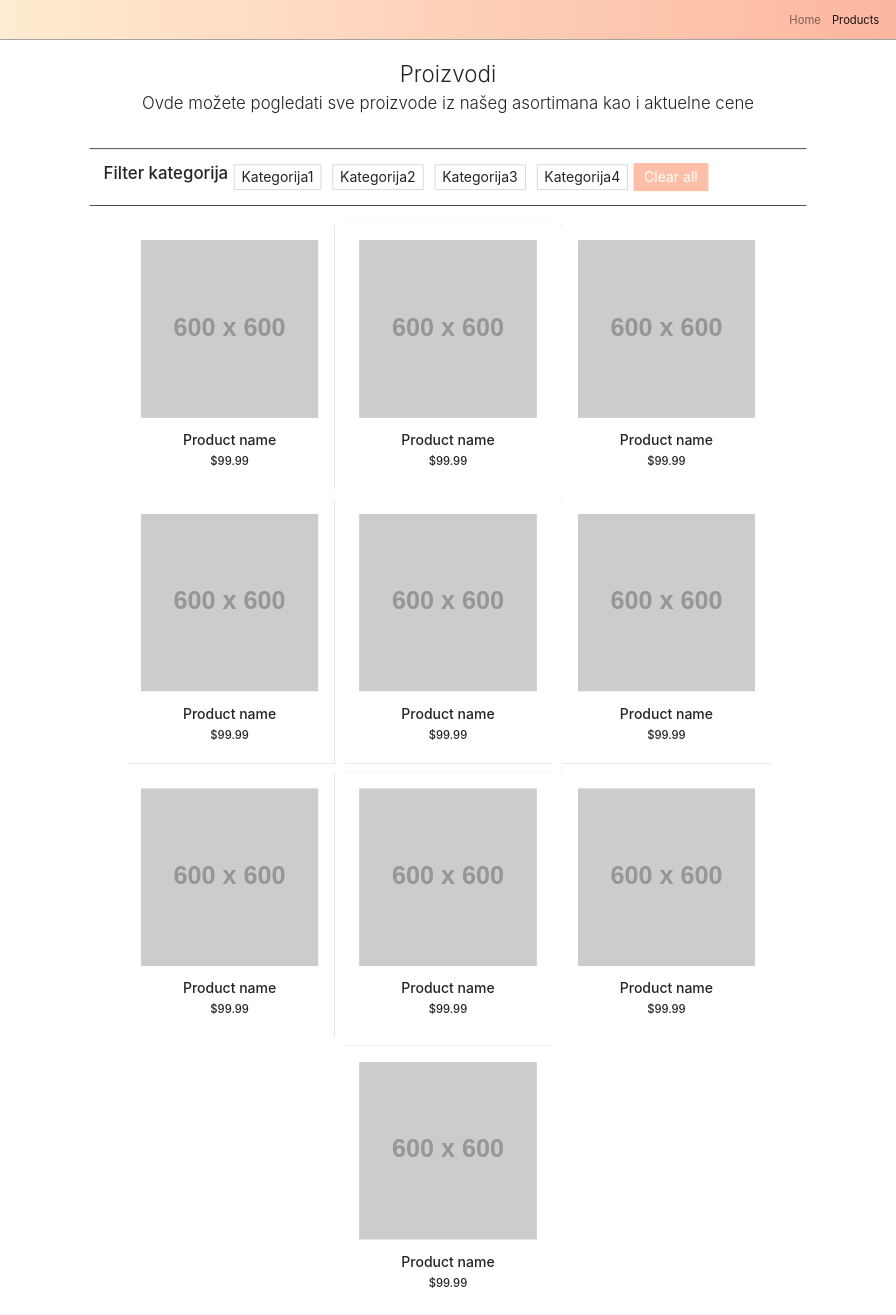
Repository: StevanFilipovic/TemplateForSinglepageWebsite
Page: products.html
The author's editor kept a copy of each file at every save. The page is drawn from the files as they stood at one save, then again after the next save.
The browser window is 1280 px wide. The pictures show the whole page, at 70% of full size.
Some web libraries are served in a nearby version.

Above is the page before, as saved 2018-06-15 12:30:59.

### products.html
<!doctype html>
<html>
<head>
	<meta charset="utf-8">
	<title>One Page Scroll</title>
	<meta name="title" content="Website by Stevan" />
	<meta name="description" content="Proizvodi"/>
    <link rel="shortcut icon" id="favicon" href="">
    <meta name="viewport" content="initial-scale=1, width=device-width, maximum-scale=1, minimum-scale=1, user-scalable=no">
	<link href='http://fonts.googleapis.com/css?family=Open+Sans:300,400,700' rel='stylesheet' type='text/css'>
	<link href='http://fonts.googleapis.com/css?family=Pacifico:400' rel='stylesheet' type='text/css'>
	<script type="text/javascript" src="http://code.jquery.com/jquery-1.9.1.js"></script>
  <link href='products-page-style.css' rel='stylesheet' type='text/css'>
  <!-- Da bi koristili less potrebno je odkomentarisati donje dve linije i uraditi konverziju css-a i ubaciti u dole navedene fajlove -->
  <!-- <link rel="stylesheet/less" type="text/css" href="onepage-scrool.less" /> -->
  <!-- <link rel="stylesheet/less" type="text/css" href="styles.less" /> -->
  <!-- <script src="less.js" type="text/javascript"></script> -->
  <link rel="stylesheet" href="https://stackpath.bootstrapcdn.com/bootstrap/4.1.1/css/bootstrap.min.css" integrity="sha384-WskhaSGFgHYWDcbwN70/dfYBj47jz9qbsMId/iRN3ewGhXQFZCSftd1LZCfmhktB" crossorigin="anonymous">

<script>
    $(document).ready(function() {
  var $products = $('.grid-products'),
      $filters = $("#filters input[type='checkbox']"),
      product_filter = new ProductFilterLevel1($products, $filters);
  product_filter.init();
});

function ProductFilterLevel1(products, filters) {
  var _this = this;

  this.init = function() {
    this.products = products;
    this.filters = filters;
    this.bindEvents();
  };

  this.bindEvents = function() {
    this.filters.click(this.filterGridProducts);
    $('#none').click(this.removeAllFilters);
  };

  this.filterGridProducts = function() {
    _this.products.hide();
    var selectedFilters = _this.filters.filter(':checked');
    if (selectedFilters.length) {
      var selectedFiltersValues = [];
      selectedFilters.each(function() {
        var currentFilter = $(this);
        selectedFiltersValues.push("[data-" + currentFilter.attr('name') + "='" + currentFilter.val() + "']");
      });
      _this.products.filter(selectedFiltersValues.join(',')).show();
    } else {
      _this.products.show();
    }
  };

  this.removeAllFilters = function() {
    _this.filters.prop('checked', false);
    _this.products.show();
  }
}
</script>

</head>
<body>
        <div class="header">
                <nav class="navbar navbar-expand-lg navbar-light">
                  <!-- <a class="navbar-brand" href="#">Navbar</a> -->
                  <button class="navbar-toggler" type="button" data-toggle="collapse" data-target="#navbarNavDropdown" aria-controls="navbarNavDropdown" aria-expanded="false" aria-label="Toggle navigation">
                    <span class="navbar-toggler-icon"></span>
                  </button>
                  <div class="collapse navbar-collapse justify-content-end" id="navbarNavDropdown">
                    <ul class="navbar-nav">
                      <li class="nav-item ">
                        <a class="nav-link" href="index.html">Home </a>
                      </li>
                      <li class="nav-item active">
                        <a class="nav-link" href="products.html">Products<span class="sr-only">(current)</span></a>
                      </li>
                      </li>
                    </ul>
                  </div>
                </nav>
                </div>
<div class="intro-text">
    <h2>Proizvodi</h2>
    <h4>Ovde možete pogledati sve proizvode iz našeg asortimana kao i aktuelne cene</h4>
</div>
<div id="filters" class="products">
    <div class="filter-wrapper">
      <h4>Filter kategorija</h4>

      <input type="checkbox" name="colour" id="category1" value="category1" ></input>
      <label for="category1">Kategorija1</label>

      <input type="checkbox" name="colour" id="category2" value="category2"></input>
      <label for="category2">Kategorija2</label>

      <input type="checkbox" name="colour" id="category3" value="category3"></input>
      <label for="category3">Kategorija3</label>

      <input type="checkbox" name="colour" id="category4" value="category4"></input>
      <label for="category4">Kategorija4</label>

    </div>
    <div>
      <input class="button-clear dugme" type="button" id="none" value="Clear all"></input>
    </div>
  </div>

          <section class="products">
                <div class="product-card grid-products" data-colour="category1">
                    <div class="product-image">
                        <img src="http://via.placeholder.com/600x600">
                    </div>
                    <div class="product-info">
                        <h5>Product name</h5>
                        <h6>$99.99</h6>
                    </div>
                </div>

                <div class="product-card grid-products" data-colour="category1">
                    <div class="product-image">
                        <img src="http://via.placeholder.com/600x600">
                    </div>
                    <div class="product-info">
                        <h5>Product name</h5>
                        <h6>$99.99</h6>
                    </div>
                </div>

                <div class="product-card grid-products" data-colour="category2">
                    <div class="product-image">
                        <img src="http://via.placeholder.com/600x600">
                    </div>
                    <div class="product-info">
                        <h5>Product name</h5>
                        <h6>$99.99</h6>
                    </div>
                </div>

                <div class="product-card grid-products" data-colour="category2">
                    <div class="product-image">
                        <img src="http://via.placeholder.com/600x600">
                    </div>
                    <div class="product-info">
                        <h5>Product name</h5>
                        <h6>$99.99</h6>
                    </div>
                </div>

                <div class="product-card grid-products" data-colour="category3">
                    <div class="product-image">
                        <img src="http://via.placeholder.com/600x600">
                    </div>
                    <div class="product-info">
                        <h5>Product name</h5>
                        <h6>$99.99</h6>
                    </div>
                </div>

                <div class="product-card grid-products" data-colour="category3">
                    <div class="product-image">
                        <img src="http://via.placeholder.com/600x600">
                    </div>
                    <div class="product-info">
                        <h5>Product name</h5>
                        <h6>$99.99</h6>
                    </div>
                </div>

                <div class="product-card grid-products" data-colour="category3">
                    <div class="product-image">
                        <img src="http://via.placeholder.com/600x600">
                    </div>
                    <div class="product-info">
                        <h5>Product name</h5>
                        <h6>$99.99</h6>
                    </div>
                </div>

                <div class="product-card grid-products" data-colour="category4">
                    <div class="product-image">
                        <img src="http://via.placeholder.com/600x600">
                    </div>
                    <div class="product-info">
                        <h5>Product name</h5>
                        <h6>$99.99</h6>
                    </div>
                </div>

                <div class="product-card grid-products" data-colour="category4">
                    <div class="product-image">
                        <img src="http://via.placeholder.com/600x600">
                    </div>
                    <div class="product-info">
                        <h5>Product name</h5>
                        <h6>$99.99</h6>
                    </div>
                </div>

                <div class="product-card grid-products" data-colour="category4">
                    <div class="product-image">
                        <img src="http://via.placeholder.com/600x600">
                    </div>
                    <div class="product-info">
                        <h5>Product name</h5>
                        <h6>$99.99</h6>
                    </div>
                </div>

            </section>

</body>
</html>

### products-page-style.css
.header{
    background-image: linear-gradient(to right, #ffecd2 0%, #fcb69f 100%);
    border-bottom: 1px solid gray;
}
.intro-text{
  margin: 30px auto 50px;
}
.intro-text h2, .intro-text h4{
  text-align: center;
    font-weight: 300;
}
.products {
	display: flex;
    flex-wrap: wrap;
    width: 90%;
    margin: auto;
    justify-content: center;
}
#filters{
  justify-content: start;
  width: 80%;
  border-top: 1px solid black;
  border-bottom: 1px solid black;
  margin-bottom: 20px;
  padding: 20px;

}

.product-card {
	display: flex;
	flex-direction: column;
    max-width: 300px;
	padding: 2%;
  /* flex: 1 16%; */
  margin: 6px;

	background-color: #FFF;
	box-shadow: 0px 0px 1px 0px rgba(0,0,0,0.25);
}

.product-image img {
	width: 100%;
}

.product-info {
	margin-top: auto;
	padding-top: 20px;
	text-align: center;
}

@media ( max-width: 920px ) {

	/* .product-card {
		flex: 1 21%;
	} */

	/* .products .product-card:first-child,
	.products .product-card:nth-child(2) {
		flex: 2 46%;
	} */

}

@media ( max-width: 600px ) {

	/* .product-card {
		flex: 1 46%;
	} */

}

@media ( max-width: 480px ) {

	h1 {
		margin-bottom: 20px;
	}

	.product-filter {
		flex-direction: column;
	}

	.sort {
		align-self: flex-start;
	}

}


/* Checkmark */

/* Customize the label (the container) */
.filter-wrapper input[type=checkbox]{
  display: none;
}


.filter-category{
  border: 1px solid #cccccc;
  padding: 2px 10px;
  margin: auto 8px;
}

input[type=checkbox] + label {
  display: block;
  position: relative;
  margin: auto 8px;
  cursor: pointer;
  font-size: 20px;
  -webkit-user-select: none;
  -moz-user-select: none;
  -ms-user-select: none;
  user-select: none;
  border: 1px solid #cccccc;
  padding: 2px 10px;
  transition:all 0.3s ease;
}
input[type=checkbox]:checked + label {
  background: #fdbfa7;
  border: 1px solid #fdbfa7;
  color: white;
}

input[type=checkbox]:hover + label {
  border: 1px solid #fdbfa7;
  box-shadow: inset 0 0 0 1px #fdbfa7;
  transition:all 0.3s ease;
}




  /* Hide the browser's default checkbox */
  .filter-container input {
    position: absolute;
    opacity: 0;
    cursor: pointer;
  }

  /* Create a custom checkbox */
  .checkmark {
    position: absolute;
    top: 0;
    left: 0;
    height: 30px;
    width: 30px;
    background-color: #eee;
    display: none;
  }

  /* On mouse-over, add a grey background color */
  .filter-container:hover input ~ .checkmark {
    background-color: #ccc;
  }

  /* When the checkbox is checked, add a blue background */
  .filter-container input:checked ~ .checkmark {
    background-color: #fdbfa7;
  }

  /* Create the checkmark/indicator (hidden when not checked) */
  .checkmark:after {
    content: "";
    position: absolute;
    display: none;
  }

  /* Show the checkmark when checked */
  .filter-container input:checked ~ .checkmark:after {
    display: block;
  }

  /* Style the checkmark/indicator */
  .filter-container .checkmark:after {
    left: 9px;
    top: 5px;
    width: 10px;
    height: 15px;
    border: solid white;
    border-width: 0 3px 3px 0;
    -webkit-transform: rotate(45deg);
    -ms-transform: rotate(45deg);
    transform: rotate(45deg);
  }

  .filter-wrapper{
      display: contents;
      margin-bottom: 15px;
  }

  .button-clear{
    background: #FDBFA7;
    font-size: 20px;
    color: white;
    border-style: none;
    cursor: pointer;
    padding: 5px 15px;
  }

After the next save:
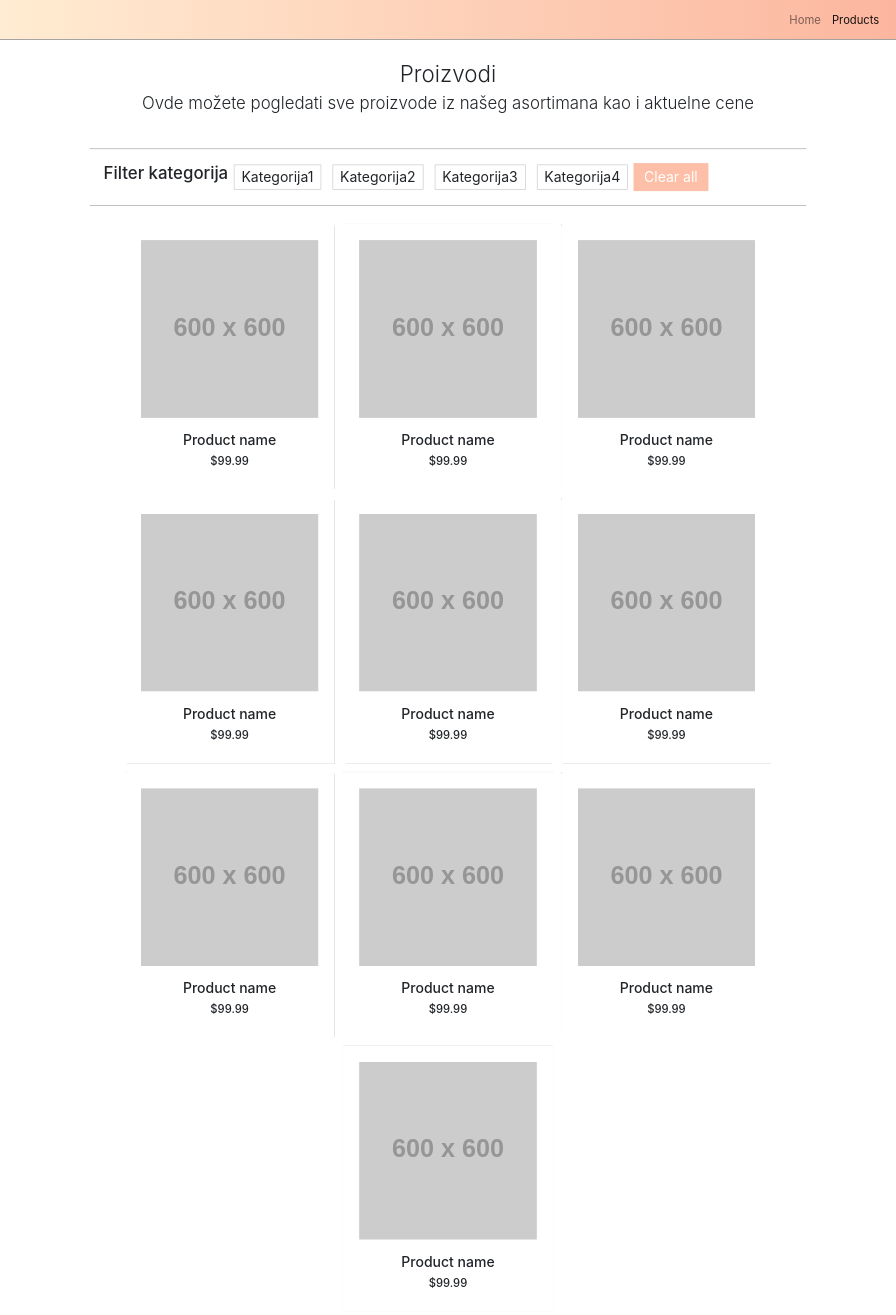
Saved 46 s later.
--- a/products-page-style.css
+++ b/products-page-style.css
@@ -19,8 +19,8 @@
 #filters{
   justify-content: start;
   width: 80%;
-  border-top: 1px solid black;
-  border-bottom: 1px solid black;
+  border-top: 1px solid #a7a7a7;
+  border-bottom: 1px solid #a7a7a7;
   margin-bottom: 20px;
   padding: 20px;
 
